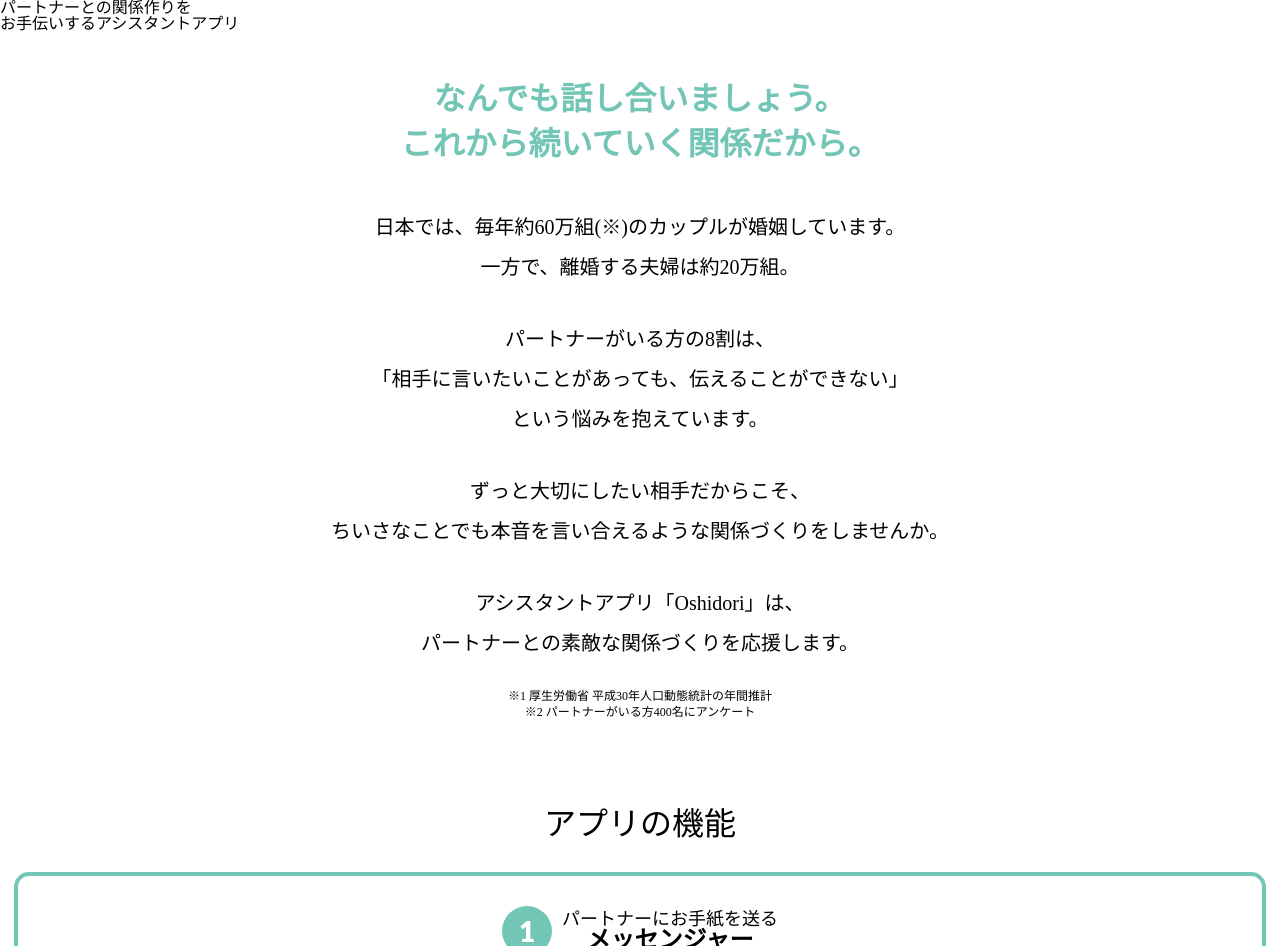
Repository: YamaTatsu10969/Oshidori_LP
Page: Oshidori.html
An editor plug-in stored every save of this project. The page is shown before and after the next save, followed by the edit.
The browser window is 1280 px wide. The pictures show the part of the page from y = 0 to 946 px (the page is 2526 px tall before and 2650 px after).
A picture or video elsewhere on the page could not be fetched, so the positions and the page height are approximate.

Above is the page before, as saved 2019-05-26 00:08:52.

### Oshidori.html
<!DOCTYPE html>
<html lang="ja">

<head>
    <meta charset="utf8" />
    <meta data-n-head="true" data-hid="viewport" name="viewport" content="width=device-width, initial-scale=1" />

    <!-- 外部CSS読み込み -->
    <link rel="stylesheet" type="text/css" href="Oshidori.css" />
    <link rel="stylesheet" type="text/css" href="reset.css" />
    <title>Oshidori</title>
</head>

<body>

    <div class="header">
        <div class="subtitle">
            <p>パートナーとの関係作りを</p>
            <p>お手伝いするアシスタントアプリ</p>
        </div>
    </div>

    <div class="common-container">
        <div class="couple-discription-title">
            <p>
                なんでも話し合いましょう。
            </p>
            <p>これから続いていく関係だから。</p>
        </div>
        <div class="couple-discription">
            <p>日本では、毎年約60万組(※)のカップルが婚姻しています。</p>
            <p>一方で、離婚する夫婦は約20万組。</p>
            <br /><br />
            <p>パートナーがいる方の8割は、</p>
            <p>「相手に言いたいことがあっても、伝えることができない」</p>
            <p>という悩みを抱えています。</p>
            <br /><br />
            <p>ずっと大切にしたい相手だからこそ、</p>
            <p>
                ちいさなことでも本音を言い合えるような関係づくりをしませんか。
            </p>
            <br /><br />
            <p>アシスタントアプリ「Oshidori」は、</p>
            <p>パートナーとの素敵な関係づくりを応援します。</p>
        </div>
        <div class="data-annotation">
            <p>
                ※1 厚生労働省 平成30年人口動態統計の年間推計
            </p>
            <p>
                ※2 パートナーがいる方400名にアンケート
            </p>
        </div>
    </div>

    <div class="common-container">
        <div class="category-title">アプリの機能</div>
        <div class="function-container">
            <div class="function-title-container">
                <div class="function-number-container">
                    <div class="function-number-circle">
                        <p class="function-number">1</p>
                    </div>
                </div>
                <div class="function-title-box">
                    <p class="function-sub-title">パートナーにお手紙を送る</p>
                    <p class="function-main-title">メッセンジャー</p>
                </div>
            </div>
            <div class="function-second-container">
                <div class="discription-container">
                    <p class="discription">
                        キャラクター「おしどりちゃん」に、<br />パートナーに言いたいことを伝えましょう。<br /><br />日々の感謝も、<br />ごめんなさいも、<br />直接は言いにくいことも。<br /><br />おしどりちゃんがあなたに代わって<br />メッセージをお届けします。
                    </p>
                </div>
                <div class="screenshot-container">
                    <img class="screenshot"
                        src="https://storage.googleapis.com/production-os-assets/assets/b4ccea48-72f2-408b-b13f-607bd91c3bba" />
                </div>
            </div>
        </div>
        <div class="function-container">
            <div class="function-title-container">
                <div class="function-number-container">
                    <div class="function-number-circle">
                        <p class="function-number">2</p>
                    </div>
                </div>
                <div class="function-title-box">
                    <p class="function-sub-title">みんなのお手紙が見れる</p>
                    <p class="function-main-title">タイムライン</p>
                </div>
            </div>
            <div class="function-second-container">
                <div class="discription-container">
                    <p class="discription">
                        「みんなは、どんな風にパートナーと<br />コミュニケーションを取っているんだろう」
                        <br /><br />アプリでは、他のひとがどんなことを日々<br />パートナーに伝えているのか<br />匿名のタイムラインを見ることができます。<br /><br />ありがとうのバリエーションを増やしたり、<br />パートナーへのお願いごとの参考にしたり。<br /><br />いいねの話する？どうしよ。
                    </p>
                </div>
                <div class="screenshot-container">
                    <img class="screenshot"
                        src="https://storage.googleapis.com/production-os-assets/assets/b410fa60-d9aa-4390-a7ce-60d663a021e7" />
                </div>
            </div>
        </div>
    </div>

    <div class="common-container">
        <div class="couple-discription-title">
            <p>
                はじめよー！
            </p>
        </div>
        <div class="app-store-container">
            <img
                src="https://storage.googleapis.com/production-os-assets/assets/0e5cd2e5-9d30-45c1-a054-06c7d8aa53ff" />
        </div>
    </div>

    <div class="common-container">
        <div class="category-title">
            制作者紹介
        </div>
        <div class="developer-container"></div>
    </div>

</body>

</html>

### Oshidori.css
@charset "UTF-8";


@media screen and (max-width: 750px) {
    .header>.subtitle>p {
        font-size: 24px;
        width: 100%;
        max-width: 100%;
    }
}

.sd[data-s-16f0343f-1156-405e-8429-fd17c71d129c] {
    color: #FFFFFF;
    flex: none;
    font-family: Lato;
    font-size: 24px;
    font-weight: 400;
    height: 78px;
    line-height: 1.5;
    margin: 0px 0px 0px 0px;
    padding: 0px 0px 0px 0px;
    text-align: center;
    width: 100%;
    max-width: 100%;
    justify-content: center;
}

















/* なんでも話し合いましょう、のところ*/
.couple-discription-title {
    padding: 20px;
}

@media screen and (max-width: 750px) {
    .couple-discription-title {
        padding: 10px;
    }
}

div.couple-discription-title>p {
    line-height: 1.4;
    font-weight: 700;
    font-size: 32px;
    color: #73c6b6;
    text-align: center;
}

/* 480px以下、モバイル用。 */
@media screen and (max-width: 750px) {
    div.couple-discription-title>p {
        line-height: 1.4;
        font-weight: 700;
        font-size: 24px;
        color: #73c6b6;
        text-align: center;
    }
}

/* 説明のところ */
.couple-discription {
    padding: 20px 16px 20px 16px;
}

@media screen and (max-width: 750px) {
    .couple-discription {
        padding: 15px 10px 15px 10px;
    }
}

div.couple-discription>p {
    font-size: 20px;
    line-height: 2;
    text-align: center;
}

/* 480px以下、モバイル用。 */
@media screen and (max-width: 750px) {
    div.couple-discription>p {
        font-size: 14px;
        line-height: 1.8;
        text-align: center;
    }
}

/* アンケートの注意書き */
.data-annotation {
    padding: 5px 0px 5px 0px;
}

div.data-annotation>p {
    font-size: 12px;
    line-height: 1.4;
    text-align: center;
}

/* 480px以下、モバイル用。 */
@media screen and (max-width: 750px) {
    div.data-annotation>p {
        font-size: 9px;
        line-height: 1.2;
        text-align: center;
    }
}

/* アプリの機能すべて、なんでも〜、すべて */
.common-container {
    padding: 25px 0px 25px 0px;
    min-width: calc(100% - 300px);
}

/* 480px以下、モバイル用。 */
@media screen and (max-width: 750px) {
    .common-container {
        padding: 10px 0px 10px 0px;
        min-width: calc(100% - 100px);
    }
}

/* アプリの機能、とかのタイトル */
.category-title {
    font-size: 32px;
    text-align: center;
    margin: 32px 0px 32px 0px;
}

@media screen and (max-width: 750px) {
    .category-title {
        font-size: 20px;
        text-align: center;
        margin: 20px 0px 20px 0px;
    }
}

/*みどりわく*/
.function-container {
    align-content: center;
    border-bottom: solid 4px #73c6b6;
    border-left: solid 4px #73c6b6;
    border-right: solid 4px #73c6b6;
    border-top: solid 4px #73c6b6;
    border-radius: 15px;
    padding: 20px 20px 30px 20px;
    display: flex;
    flex-direction: column;
    align-items: center;
    margin: 0px 14px 20px 14px;
}

/* 機能のタイトル部分のコンテナ。 */
.function-title-container {
    display: flex;
    flex-direction: row;
    align-items: center;
    padding: 10px;
}

.function-title-box {
    display: flex;
    flex-direction: column;
    align-items: center;
    margin-left: 10px;
}

/* パートナーとのやりとり */
.function-sub-title {
    font-size: 18px;
}

/* 480px以下、モバイル用。 */
@media screen and (max-width: 750px) {
    .function-sub-title {
        font-size: 14px;
    }
}

/* メッセージ機能 */
.function-main-title {
    font-size: 24px;
    font-weight: 700;
}

/* 480px以下、モバイル用。 */
@media screen and (max-width: 750px) {
    .function-main-title {
        font-size: 18px;
        font-weight: 700;
    }
}

.function-number-container {
    align-content: center;
    align-items: center;
    background: #73c6b6;
    border-radius: 50%;
    flex: none;
    flex-direction: column;
    flex-wrap: nowrap;
    height: 50px;
    justify-content: center;
    width: 50px;
}

/* 480px以下、モバイル用。 */
@media screen and (max-width: 750px) {
    .function-number-container {
        align-content: center;
        align-items: center;
        background: #73c6b6;
        border-radius: 50%;
        flex: none;
        flex-direction: column;
        flex-wrap: nowrap;
        height: 30px;
        justify-content: center;
        width: 30px;
    }
}

/* 番号のところ */
.function-number-circle {
    height: 50px;
    width: 50px;
    border-radius: 50%;
    line-height: 50px;
    text-align: center;
}

/* 480px以下、モバイル用。 */
@media screen and (max-width: 750px) {
    .function-number-circle {
        height: 30px;
        width: 30px;
        border-radius: 50%;
        text-align: center;
    }
}

/* まるのなかの数字 */
.function-number {
    color: #ffffff;
    font-family: Lato;
    font-size: 28px;
    font-weight: 900;
    height: 50px;
    width: 50px;
    line-height: 50px;
    text-align: center;
    max-width: 100%;
    justify-content: center;
}

/* 480px以下、モバイル用。 */
@media screen and (max-width: 750px) {
    .function-number {
        color: #ffffff;
        font-family: Lato;
        font-size: 12px;
        font-weight: 700;
        height: 30px;
        width: 30px;
        line-height: 30px;
        text-align: center;
        max-width: 100%;
        justify-content: center;
    }
}

/* 機能の説明と画像のcontainer */
/* スマホ用 */
.function-second-container {
    display: flex;
    flex-direction: column-reverse;
    /*縦*/
    align-items: center;
    padding: 10px 0px 10px 0px;
    flex-wrap: nowrap;
    justify-content: space-between;
}

/* 480px以上はPC用レイアウト */
@media screen and (min-width: 750px) {

    /* むむ、これだけminになっちゃっとる…*/
    .function-second-container {
        display: flex;
        flex-direction: row;
        /* 横 */
        align-items: center;
        padding: 20px 0px 30px 0px;
        justify-content: space-between;
    }
}

/* アプリの細かい説明のところ、pタグ */
.discription {
    font-size: 20px;
    line-height: 1.8;
}

/* 480px以下、モバイル用。 */
@media screen and (max-width: 750px) {
    .discription {
        font-size: 14px;
        text-align: center;
        margin-top: 10px;
        margin-bottom: 10px;
    }
}

.screenshot-container {
    display: flex;
    align-items: center;
    justify-content: center;
    max-width: calc(100% - 50px);
    width: 315px;
    margin: 10px 0px 10px 0px;
}

/* 480px以下、モバイル用。 */
@media screen and (max-width: 750px) {
    .screenshot-container {
        display: flex;
        align-items: center;
        justify-content: center;
        max-width: calc(100% - 20px);
        width: 150px;
        margin: 10px 0px 10px 0px;
    }
}

.screenshot {
    border: solid 1px #434645;
    border-radius: 5px;
    height: auto;
    width: 222px;
    max-width: 100%;
}

/* appstoreのボタン */
.app-store-container {
    text-align: center;
    /* ここから！ */
}

div.app-store-container>img {
    height: auto;
    width: 205px;
    max-width: 100%;
}

/*制作者のところの緑枠*/
.developer-container {
    align-content: center;
    border-bottom: solid 4px #73c6b6;
    border-left: solid 4px #73c6b6;
    border-right: solid 4px #73c6b6;
    border-top: solid 4px #73c6b6;
    border-radius: 15px;
    padding: 20px 20px 30px 20px;
    display: flex;
    flex-direction: row;
    align-items: center;
    margin: 0px 14px 20px 14px;
}

.function-description {
    flex-direction: column;
}

.function-description-text {
    align-content: center;
}

### reset.css
@charset "UTF-8";

html,
body,
div,
span,
object,
iframe,
h1,
h2,
h3,
h4,
h5,
h6,
p,
blockquote,
pre,
abbr,
address,
cite,
code,
del,
dfn,
em,
ins,
kbd,
q,
samp,
small,
strong,
sub,
sup,
var,
b,
i,
dl,
dt,
dd,
ol,
ul,
li,
fieldset,
form,
label,
legend,
table,
caption,
tbody,
tfoot,
thead,
tr,
th,
td,
article,
aside,
canvas,
details,
figcaption,
figure,
footer,
header,
hgroup,
menu,
nav,
section,
summary,
time,
mark,
audio,
video {
    margin: 0;
    padding: 0;
    border: 0;
    outline: 0;
    font-size: 100%;
    vertical-align: baseline;
    background: transparent;
    font-weight: normal;
}

img {
    margin: 0;
    padding: 0;
    border: 0;
    outline: 0;
    font-size: 100%;
    vertical-align: bottom;
    background: transparent;
}

/* HTML5 display-role reset for older browsers */
article,
aside,
details,
figcaption,
figure,
footer,
header,
hgroup,
menu,
nav,
section {
    display: block;
}

body {
    line-height: 1;
}

ol,
ul {
    list-style: none;
}

blockquote,
q {
    quotes: none;
}

blockquote:before,
blockquote:after,
q:before,
q:after {
    content: '';
    content: none;
}

table {
    border-collapse: collapse;
    border-spacing: 0;
}

ol,
ul {
    list-style: none;
}

blockquote,
q {
    quotes: none;
}

a {
    margin: 0;
    padding: 0;
    font-size: 100%;
    vertical-align: baseline;
    background: transparent;
    text-decoration: none;
}

ins {
    background-color: #ff9;
    color: #000;
    text-decoration: none;
}

.clearfix:after {
    content: ".";
    display: block;
    height: 0;
    clear: both;
    visibility: hidden;
}

.clearfix {
    display: inline-table;
    min-height: 1%;
}

.clear {
    clear: both;
}

After the next save:
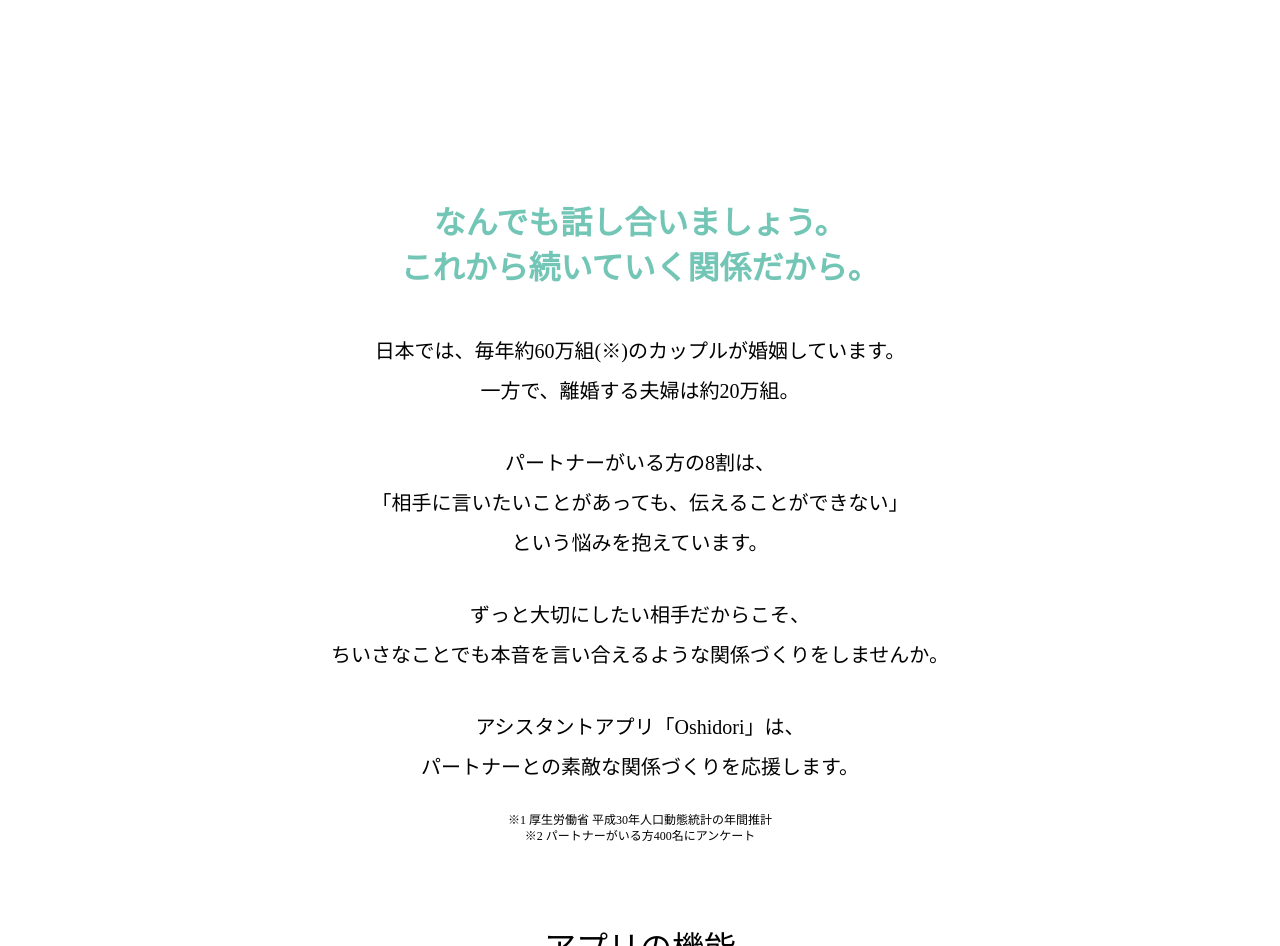
Saved 9 s later.
--- a/Oshidori.css
+++ b/Oshidori.css
@@ -9,7 +9,7 @@
     }
 }
 
-.sd[data-s-16f0343f-1156-405e-8429-fd17c71d129c] {
+.header>.subtitle>p {
     color: #FFFFFF;
     flex: none;
     font-family: Lato;
